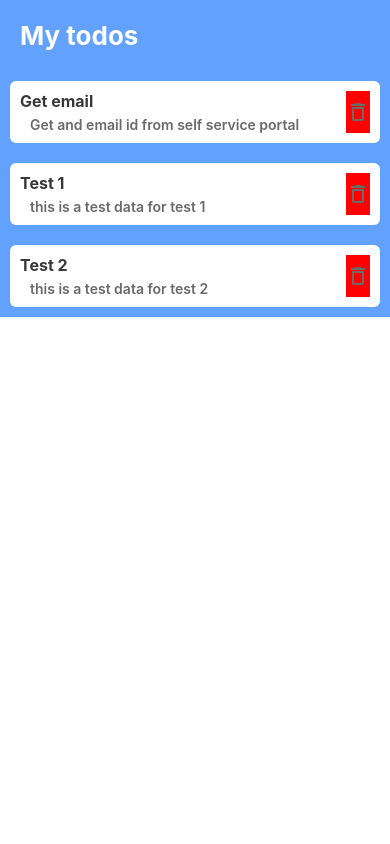
Repository: sadarsh216/Todo-App
Screen: /
These files come from the project's save history. The screen is drawn as it stood at one moment and after the next save; the edit follows.
The app was drawn by React Native's web renderer in a window 390 px wide. The project was rebuilt for these pictures with package versions that can differ from the ones it lists, and the page was loaded fresh each time.

Above is the screen before, as saved 2021-10-09 13:11:12.

### App.tsx
import { StatusBar } from "expo-status-bar";
import React from "react";
import { SafeAreaView, ScrollView, StyleSheet, Text, View } from "react-native";
import Todos from "./Pages/Todos";

export default function App() {
  return (
    <SafeAreaView>
      <View style={styles.container}>
        <ScrollView>
          <Text style={styles.heading}>My todos</Text>
          <Todos />
        </ScrollView>
      </View>
    </SafeAreaView>
  );
}

const styles = StyleSheet.create({
  container: {
    height: "100%",
    backgroundColor: "#63a1ff",
  },
  heading: {
    color: "white",
    fontSize: 26,
    fontWeight: "bold",
    margin: 20,
  },
});

### Pages/Todos.tsx
import React from "react";
import { View, Text, StyleSheet, TouchableOpacity } from "react-native";
import { MaterialCommunityIcons } from "@expo/vector-icons";

export default function Todos() {
  const [todos, setTodos] = React.useState([
    {
      title: "Get email",
      description: "Get and email id from self service portal",
      id: 0,
    },
    { title: "Test 1", description: "this is a test data for test 1", id: 1 },
    { title: "Test 2", description: "this is a test data for test 2 ", id: 2 },
  ]);
  const deleteTodo = () => {
    alert("deleted");
  };
  return (
    <>
      {todos.map((item, key) => (
        <View key={item.id} style={styles.card}>
          <View style={styles.details}>
            <Text style={styles.title}>{item.title}</Text>
            <Text style={styles.desc}>{item.description}</Text>
          </View>
          <View style={styles.deleteSection}>
            <TouchableOpacity onPress={deleteTodo}>
              <MaterialCommunityIcons
                name="delete-outline"
                size={24}
                color="#6a6a6a"
              />
            </TouchableOpacity>
          </View>
        </View>
      ))}
    </>
  );
}

const styles = StyleSheet.create({
  card: {
    display: "flex",
    flexDirection: "row",
    backgroundColor: "#fff",
    margin: 10,
    borderRadius: 6,
    elevation: 4,
    padding: 10,
  },
  title: {
    fontSize: 16,
    marginBottom: 5,
    fontWeight: "bold",
    color: "#383838",
  },
  desc: {
    paddingHorizontal: 10,
    fontWeight: "600",
    color: "#6a6a6a",
  },
  details: {
    flex: 2,
  },
  deleteSection: {
      justifyContent: "center",
      backgroundColor:'red'
  },
});

After the next save:
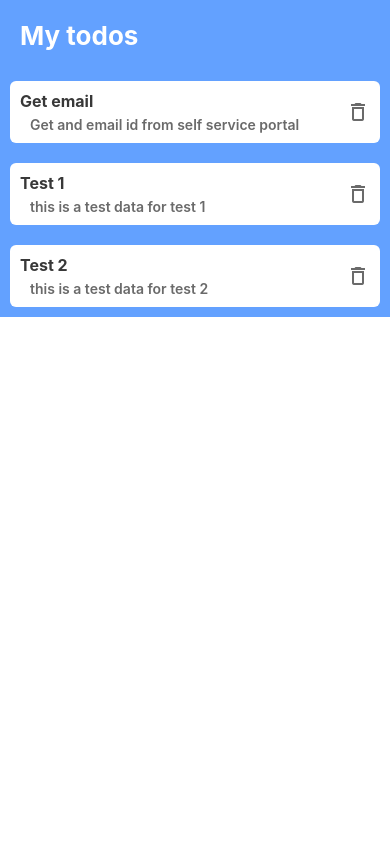
Saved 8 s later.
--- a/Pages/Todos.tsx
+++ b/Pages/Todos.tsx
@@ -63,7 +63,6 @@ const styles = StyleSheet.create({
     flex: 2,
   },
   deleteSection: {
-      justifyContent: "center",
-      backgroundColor:'red'
+    justifyContent: "center",
   },
 });
